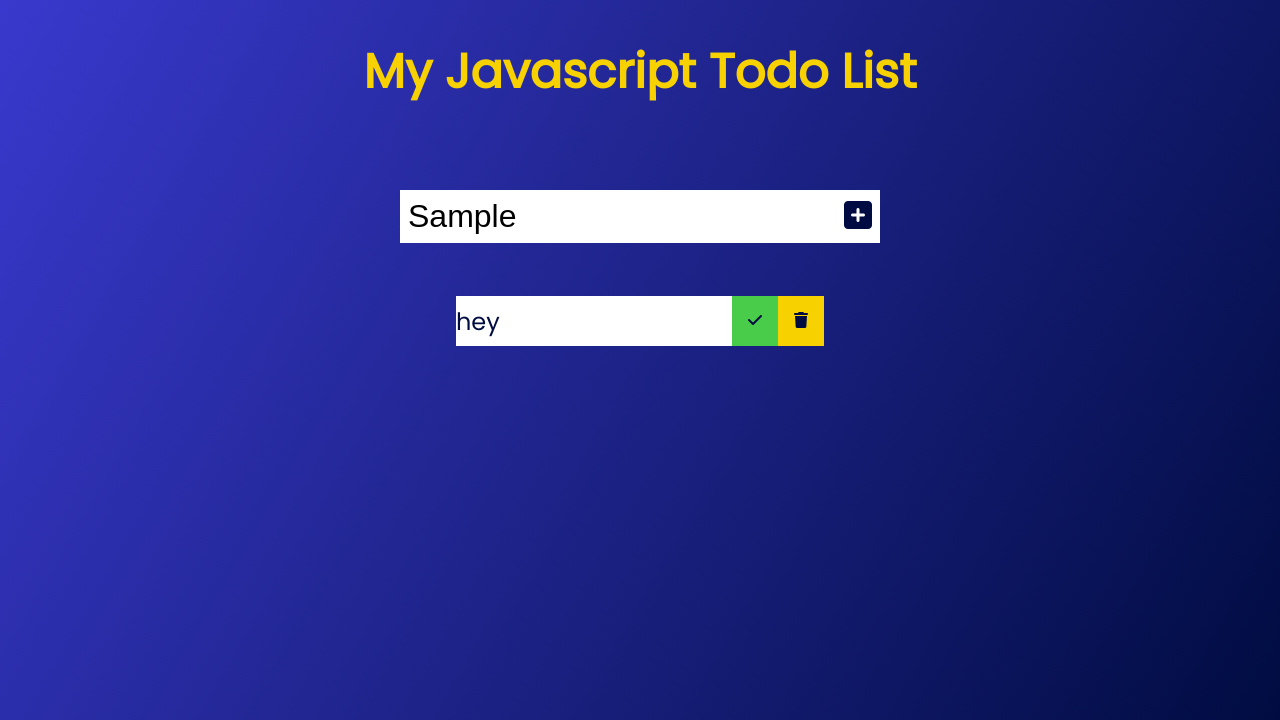
Repository: LuisMiLR/JavaScript-Todo-List
Page: index.html
An editor plug-in stored every save of this project. The page is shown before and after a run of saves, followed by the edit.
The browser window is 1280 px wide. The pictures show the whole page.
Empty fields were first filled with sample values (such as "Sample", 5 or name@example.com).
After loading, the first visible `button.todo-button` was clicked once.

Above is the page before, as saved 2023-05-01 14:56:55.

After the next 3 saves:
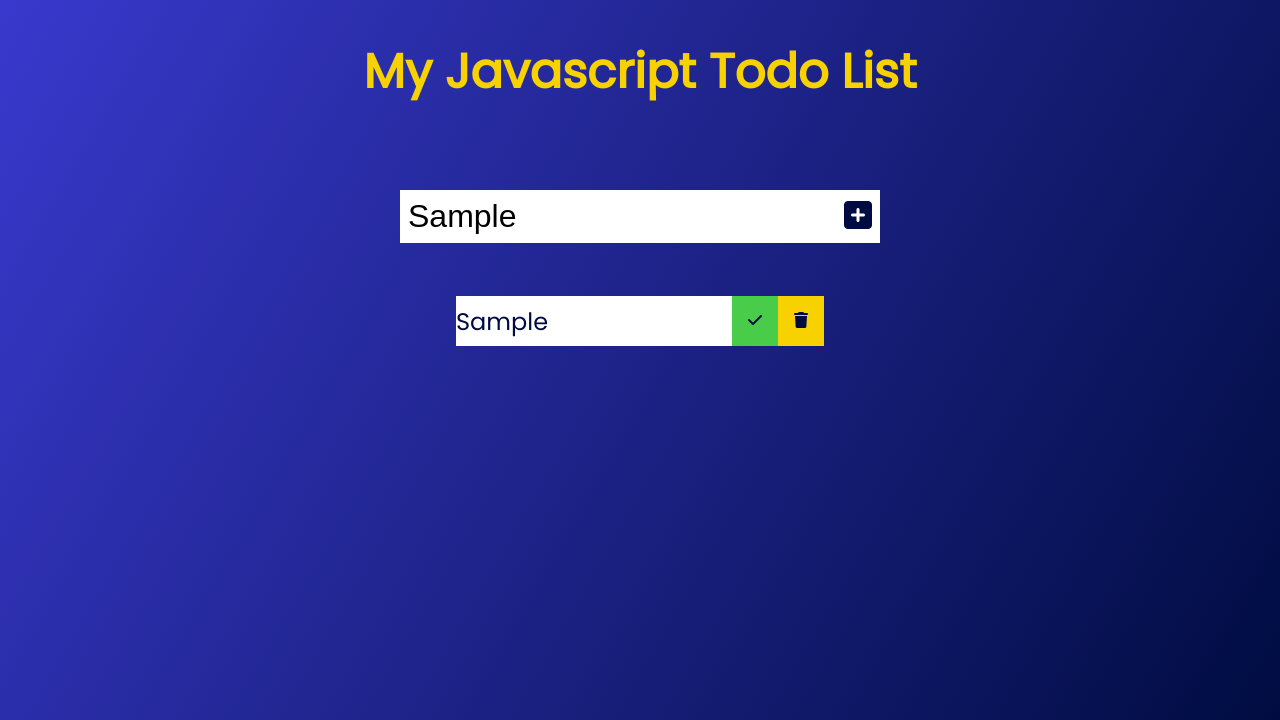
The 3 saves are shown as one change because they came seconds apart.
The last was saved 86 s later.
--- a/app.js
+++ b/app.js
@@ -14,7 +14,7 @@ function addTodo(event) {
     todoDiv.classList.add("todo");
     //CREER LE LI
     const newTodo = document.createElement("li");
-    newTodo.innerText = "hey";
+    newTodo.innerText = todoInput.value;
     newTodo.classList.add("todo-item");
     todoDiv.appendChild(newTodo);
     //BOUTON CHECK
